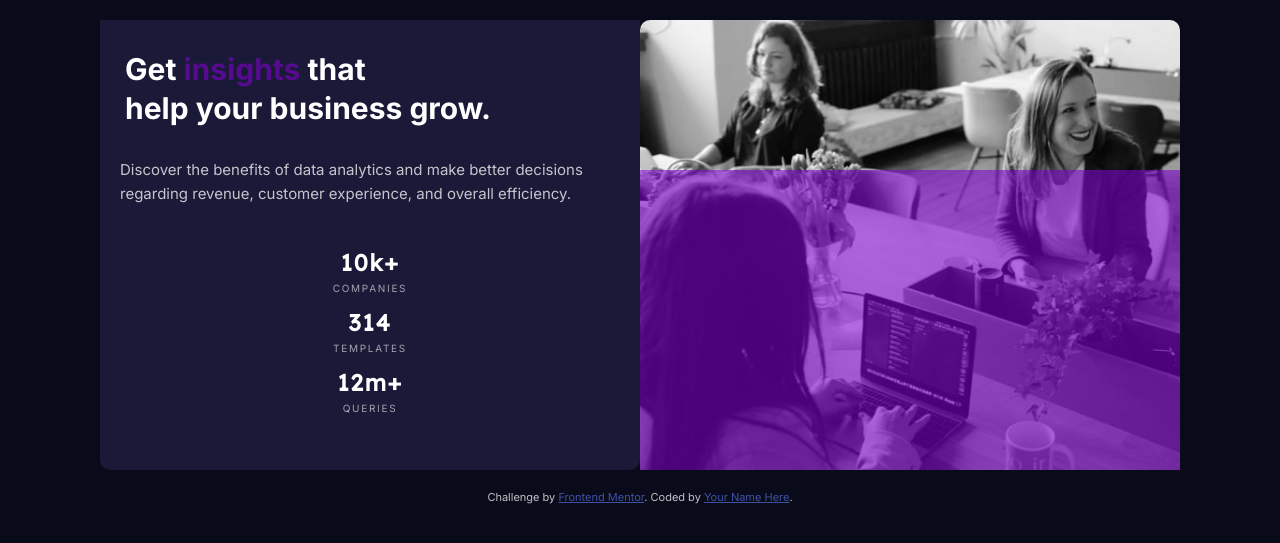
Repository: DejV44/stats-preview-card-component-main
Page: index.html
These files come from the project's save history. The page is drawn as it stood at one moment and after the next save; the edit follows.
The browser window is 1280 px wide. The pictures show the whole page.
The style sheet was rebuilt from its Sass, Less or Tailwind sources for each picture, by a compiler version that may differ from the author's.

Above is the page before, as saved 2021-07-09 13:07:00.

### index.html
<!DOCTYPE html>
<html lang="en">
<head>
  <meta charset="UTF-8">
  <meta name="viewport" content="width=device-width, initial-scale=1.0"> <!-- displays site properly based on user's device -->

  <link rel="icon" type="image/png" sizes="32x32" href="./images/favicon-32x32.png">
  <link rel="stylesheet" href="/css/style.css">


  <title>Frontend Mentor | Stats preview card component</title>
</head>
<body>
  <div class="container">
    <div class="picture">
      <div class="overlay"></div>
    </div>
    <div class="card">
      <h1>Get <span>insights</span> that <br>help your business grow.</h1>

      <p>Discover the benefits of data analytics and make better decisions regarding revenue, customer
      experience, and overall efficiency.</p>

      <ul>
        <li><span>10k+</span> companies</li>
        <li><span>314</span> templates</li>
        <li><span>12m+</span> queries</li>
      </ul>
    </div>
  </div>


  <div class="attribution">
    Challenge by <a href="https://www.frontendmentor.io?ref=challenge" target="_blank">Frontend Mentor</a>.
    Coded by <a href="#">Your Name Here</a>.
  </div>
</body>
</html>

### css/style.scss
$mainBackground: hsl(233, 47%, 7%);
$cardBackground: hsl(244, 38%, 16%);
$accent: hsla(277, 100%, 40%, 0.589);

$mainHeading: hsl(0, 0%, 100%);
$mainParagraph: hsla(0, 0%, 100%, 0.75);
$statHeadings: hsla(0, 0%, 100%, 0.6);

@import url("https://fonts.googleapis.com/css2?family=Inter:wght@400;700&display=swap");

@import url("https://fonts.googleapis.com/css2?family=Lexend+Deca&display=swap");

* {
  margin: 0;
  padding: 0;
  box-sizing: border-box;
}

body {
  font-family: "Inter", sans-serif;
  font-size: 15px;
  background-color: $mainBackground;

  .container {
    margin: 20px 30px;
    border-radius: 10px;
    .picture {

      border-radius: 10px 10px 0 0;
      background: url("/images/image-header-mobile.jpg");
      background-position: center;
      background-size: cover;
      background-repeat: no-repeat;
      height: 300px;

      .overlay {
        background-color: $accent;
        background-size: cover;
        height: 300px;
      }
    }

    .card {
        border-radius: 0 0 10px 10px;
        background: $cardBackground;
        text-align: center;

        h1 {
            margin: 0 auto;
            padding: 30px 25px;
            color: $mainHeading;
            text-align: center;
            line-height: 1.3;
            span {
                color: $accent;
                line-height: 1.3;
            }
        }
        p {
          color: $mainParagraph;
          padding: 0 20px 20px 20px;
          margin-bottom: 15px;
          line-height: 24px;
        }

        ul {
          padding-bottom: 15px;
          font-size: 10px;
          letter-spacing: 1.7px;
          color: $statHeadings;
          li {
            list-style: none;
            text-transform: uppercase;
            padding: 7px 0;


            span {
              padding-bottom: 5px;
              display: block;
              text-transform: lowercase;
              font-family: "lexend Deca" ,sans-serif;
              font-weight: 700;
              font-size: 23px;
              color: $mainHeading;
            }
          }
        }
    }
  }

  .attribution {
    font-size: 11px;
    text-align: center;
    color: $mainParagraph;

    a {
      color: hsl(228, 45%, 44%);
    }
  }
}

@media (min-width:768px) {
  body {



    .container {
      display: flex;
      flex-direction: row-reverse;
      justify-content: center;
      flex-wrap: nowrap;

      .picture {
        flex-grow: 0;
        align-content: flex-end;
        width: 540px;
        height: 450px;

        .overlay {
          background-size: 540px;
        }

      }

      .card {

        max-height: 450px;
        width: 540px;

        h1, p {
          text-align: left;
          max-width: 540px;
        }

      }
    }
  }
}

After the next save:
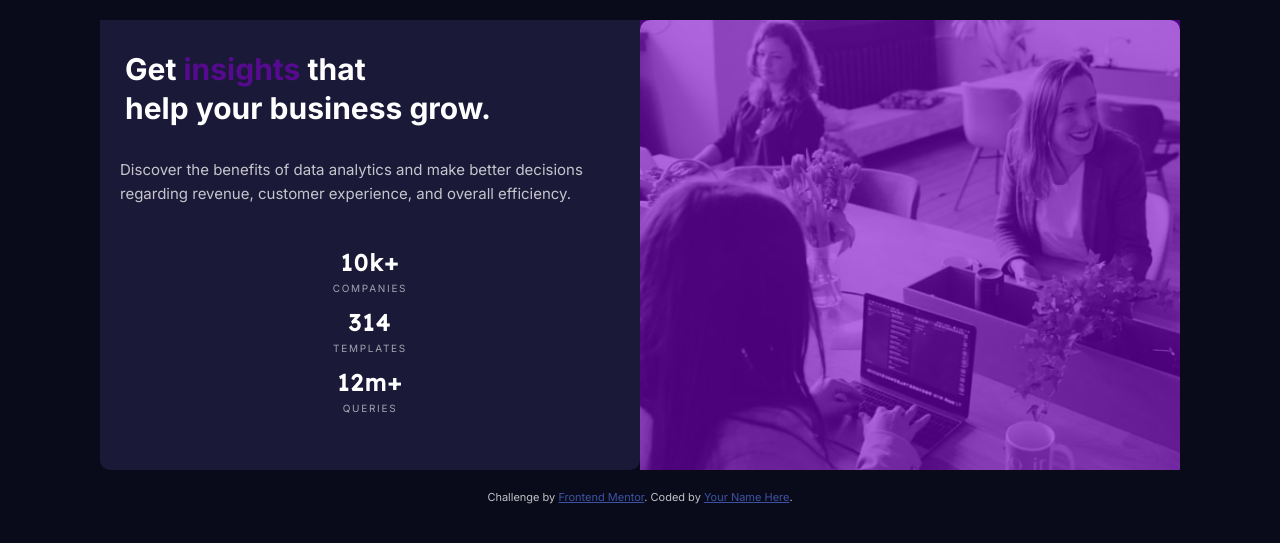
Saved 16 s later.
--- a/css/style.scss
+++ b/css/style.scss
@@ -117,7 +117,8 @@ body {
         height: 450px;
 
         .overlay {
-          background-size: 540px;
+          width: 540px;
+        height: 450px;
         }
 
       }
